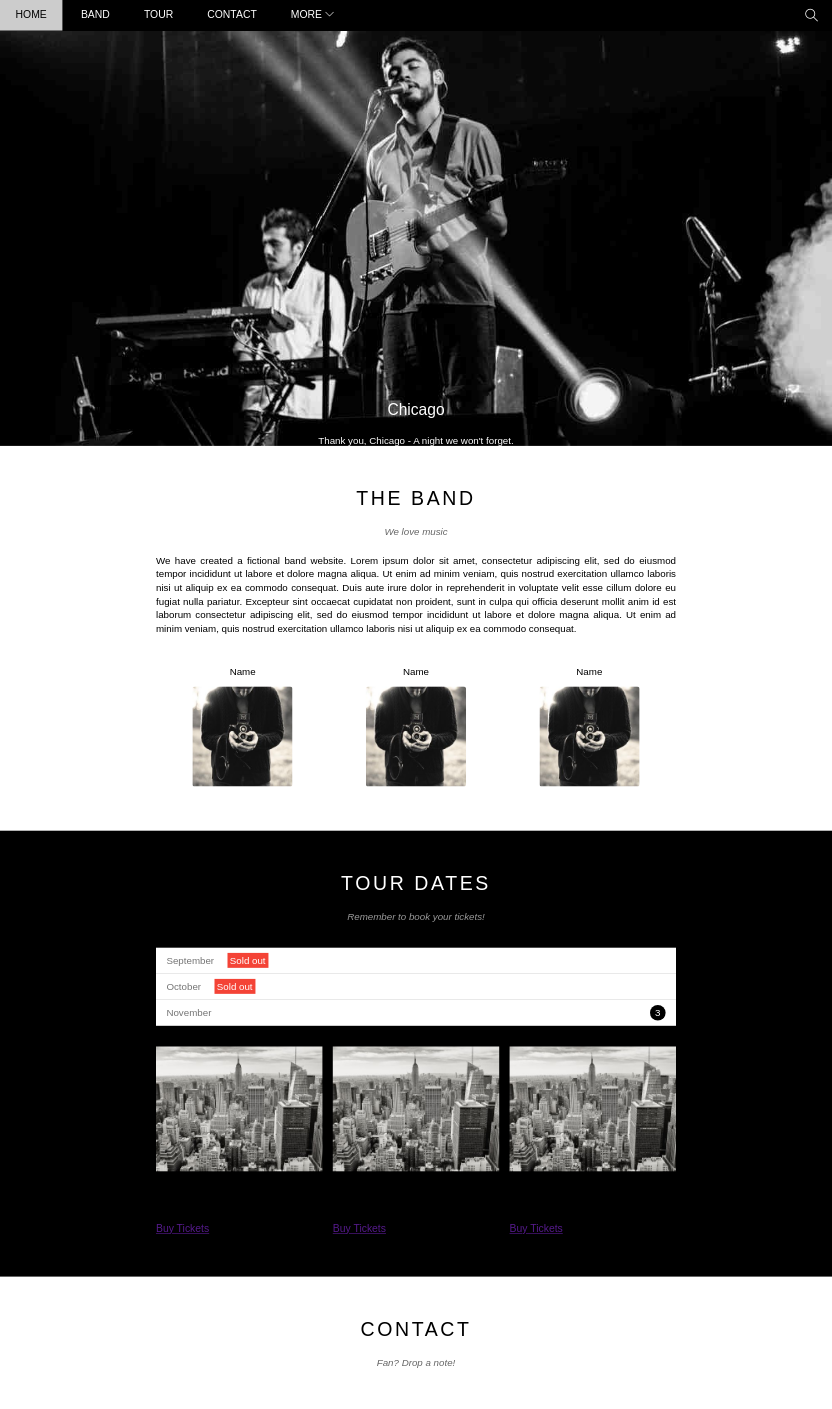
Repository: Thanhtrunghoang123/the-band
Page: index.html
An editor plug-in stored every save of this project. The page is shown before and after the next save, followed by the edit.
The browser window is 1280 px wide. The pictures show the whole page, at 65% of full size.

Above is the page before, as saved 2022-07-21 21:08:42.

### index.html
<!DOCTYPE html>
<html lang="en">
<head>
    <meta charset="UTF-8">
    <meta http-equiv="X-UA-Compatible" content="IE=edge">
    <meta name="viewport" content="width=device-width, initial-scale=1.0">
    <title>Document</title>
    <link rel="stylesheet" href="./assest/css/style.css">
    <link rel="stylesheet" href="./assest/fonts/themify-icons/themify-icons.css">



</head>
<body>
    <div id="main">
        <div id="header">
            <!-- Begin: Nav -->
            <ul id="nav">
                <li><a href="">Home</a></li>
                <li><a href="">Band</a></li>
                <li><a href="">Tour</a></li>
                <li><a href="">Contact</a></li>
                <li>
                    <a href="">
                        More
                        <i class=" nav-arrow-down ti-angle-down"></i>

                    </a>
                    <ul class="subnav">
                        <li><a href="">Merchandise</a></li>
                        <li><a href="">Extras</a></li>
                        <li><a href="">Media</a></li>
                    </ul>
                </li>
            </ul>
            <!-- End: Nav -->

            <!-- Begin: Search button -->
            <div class="search-btn">
                <i class=" search-icon ti-search"></i>
            </div>
            <!-- End: Search button -->



        </div>

        <div id="slider">
            <div class="text-content">
                <h2 class="text-heading">Chicago</h2>
                <div class="text-description">Thank you, Chicago - A night we won't forget.</div>

            </div>
        </div>

        <div id="content">
            <!-- About section -->
            <div class="content-section">
                <h2 class="section-heading">THE BAND</h2>
                <p class="section-sub-heading">We love music</p>
                <p class="about-text">We have created a fictional band website. Lorem ipsum dolor sit amet, consectetur adipiscing elit, sed do eiusmod tempor incididunt ut labore et dolore magna aliqua. Ut enim ad minim veniam, quis nostrud exercitation ullamco laboris nisi ut aliquip ex ea commodo consequat. Duis aute irure dolor in reprehenderit in voluptate velit esse cillum dolore eu fugiat nulla pariatur. Excepteur sint occaecat cupidatat non proident, sunt in culpa qui officia deserunt mollit anim id est laborum consectetur adipiscing elit, sed do eiusmod tempor incididunt ut labore et dolore magna aliqua. Ut enim ad minim veniam, quis nostrud exercitation ullamco laboris nisi ut aliquip ex ea commodo consequat.</p>
                <div class="members-list">
                    <div class="member-item">
                        <p class="member-name">Name</p>
                        <img src="./assest/img/band/member1.jpg" alt="Name" class="member-img">
                    </div>
                    <div class="member-item">
                        <p class="member-name">Name</p>
                        <img src="./assest/img/band/member1.jpg" alt="Name" class="member-img">
                    </div>
                    <div class="member-item">
                        <p class="member-name">Name</p>
                        <img src="./assest/img/band/member1.jpg" alt="Name" class="member-img">
                    </div>
                    <div class="clear"></div>
                </div>
            </div>
            <!-- Tour section -->
            <div class="tour-section">
                <div class="content-section">
                    <h2 class="section-heading text-white">TOUR DATES</h2>
                    <p class="section-sub-heading text-white">Remember to book your tickets!</p>

                    <!-- Tickets  -->
                    <ul class="tickets-list">
                        <li>September <span class="sold-out">Sold out</span></li>
                        <li>October <span class="sold-out">Sold out</span></li>
                        <li>November <span class="quantity">3</span></li>
                    </ul>
                    <!-- places -->
                    <div class="place-list">
                        <div class="place-item">
                            <img src="./assest/img/places/place1.jpg" alt="img" class="place-img">
                            <div class="place-body">
                                <h3 class="place-heading">New York</h3>
                                <p class="place-time">Fri 27 Nov 2016</p>
                                <p class="place-desc">Praesent tincidunt sed tellus ut rutrum sed vitae justo.</p>
                                <a href="" class="place-buy-btn">Buy Tickets</a>
                            </div>
                        </div>

                        <div class="place-item">
                            <img src="./assest/img/places/place1.jpg" alt="img" class="place-img">
                            <div class="place-body">
                                <h3 class="place-heading">Paris</h3>
                                <p class="place-time">Sat 28 Nov 2016</p>
                                <p class="place-desc">Praesent tincidunt sed tellus ut rutrum sed vitae justo.</p>
                                <a href="" class="place-buy-btn">Buy Tickets</a>
                            </div>
                        </div>

                        <div class="place-item">
                            <img src="./assest/img/places/place1.jpg" alt="img" class="place-img">
                            <div class="place-body">
                                <h3 class="place-heading">San Francisco</h3>
                                <p class="place-time">Sun 29 Nov 2016</p>
                                <p class="place-desc">Praesent tincidunt sed tellus ut rutrum sed vitae justo.</p>
                                <a href="" class="place-buy-btn">Buy Tickets</a>
                            </div>
                        </div>
                        <div class="clear"></div>
                    </div>
                </div>

            </div>
            <!-- Contact section -->
            <div class="content-section">
                <h2 class="section-heading">CONTACT</h2>
                <p class="section-sub-heading">Fan? Drop a note!</p>
            </div>
            <!-- Contact section -->

        </div>

        <div id="footer">

        </div>
    </div>
</body>
</html>

### assest/css/style.css
*{
    margin: 0;
    padding: 0;
    box-sizing: border-box;
}

html{
    font-family: Arial, Helvetica, sans-serif;
}
.text-white{
    color: #fff !important;
}
.clear{
    clear: both;
}
#main{

}

#header{
    height: 46.5px;
    background-color: #000;
    position: fixed;
    top: 0;
    left: 0;
    right: 0;
    z-index: 1;
}
#nav {
    display: inline-block;
}
#nav , .subnav{
    list-style: none;
}
#nav > li{
    display: inline-block;
}

#nav li{
    position: relative;
}

#nav > li > a {
    color: #fff;
    text-transform: uppercase;
}
#nav li a{
    text-decoration: none;
    line-height: 46.5px;
    padding: 0px 24px;
    display: block;
}

#nav li:hover .subnav{
    display: block;
}
#nav > li:hover > a,
#nav .subnav li:hover a{
    color: #000;
    background-color: #ccc;
}

#nav .subnav{
    display: none;
    position: absolute;
    top: 100%;
    background-color: #fff;
    box-shadow: 0 0 10px rgba(0 , 0 , 0 ,0.3);
}
#nav .subnav a{
    color: #000;
    min-width: 160px;
    padding:  0px 12px;
    line-height: 38.5px;
}
#nav .nav-arrow-down{
    font-size: 14px;
}
#header .search-btn{
    float:right;
    padding: 0 21px;
}
#header .search-btn:hover {
    background-color: #f44336;
    cursor: pointer;
}
#header .search-icon {
    color: #fff;
    font-size: 20px;
    line-height: 46px;
}
#slider{
    position: relative;
    margin-top: 46px;
    padding-top:50%;
    background: url(/assest/img/slider/chicago.jpg) top center /cover no-repeat;
}

#slider .text-content{
    position: absolute;
    bottom: 0;
    color: #fff;
    /* cách căn giữa 1 */
    /* left: 50%;
    transform: translateX(-50%); */
    /* Cách căn giữa 2 */
    width: 100%;
    text-align: center;
}

#slider .text-heading{
    font-weight: 500 ;
    font-size: 24px;
}

#slider .text-description{
    font-size: 15px;
    margin-top: 25px;
}

#content{

}

#content .content-section{
    width: 800px;
    margin-left: auto;
    margin-right: auto;
    padding: 64px 0;
}

#content .section-heading{
    font-size: 30px;
    font-weight: 500;
    text-align: center;
    letter-spacing:  4px;
}

#content .section-sub-heading{
    font-size: 15px;
    text-align: center;
    margin-top: 25px;
    font-style: italic;
    opacity: 0.6;

}

#content .about-text{
    font-size: 15px;
    margin-top: 25px;
    text-align: justify;
    line-height: 1.4;

}

#content .members-list{
    margin-top: 47px;
    /* display: flex; */
    overflow: hidden;
}

#content .member-item{
    float: left;
    /* /* margin: auto; */
    width: calc(100%/3);
    text-align: center;

}

#content .member-name{
    font-size: 15px;
}

#content .member-img{
    width: 154px;
    margin-top: 15px;
    border-radius: 4px;
}
/* Tour section  */
.tour-section{
    background-color: #000;
}

.tickets-list{
    background-color: #fff;
    margin-top: 40px;
}

.tickets-list li {
    color: #757575;
    font-size: 15px;
    padding: 11px 16px;
    border-bottom: 1px solid #ddd;
    list-style: none;
}

.tickets-list .sold-out{
    background-color: #f44336;
    color: #fff ;
    padding: 3px 4px;
    margin-left: 16px;
}

.tickets-list .quantity{
    float: right;
    width: 24px;
    height: 24px;
    background-color: #000;
    color: #fff;
    border-radius: 50%;
    text-align: center;
    line-height: 24px;
    margin-top: -3px;

}
/* Places */
.place-list{
   margin: 32px -8px 0;
}

.place-item{
    float: left;
    width: calc(100%/3);
    padding: 0 8px;
}
.place-img{
    width: 100%;
}

.place-img:hover{
    opacity: 0.6;
}

.place-body{

}

.place-heading{

}

.place-time{

}

.place-desc{

}

.place-buy-btn{

}

#footer{

}

Loaded but not shown: assest/fonts/themify-icons/themify-icons.css (common file)

After the next save:
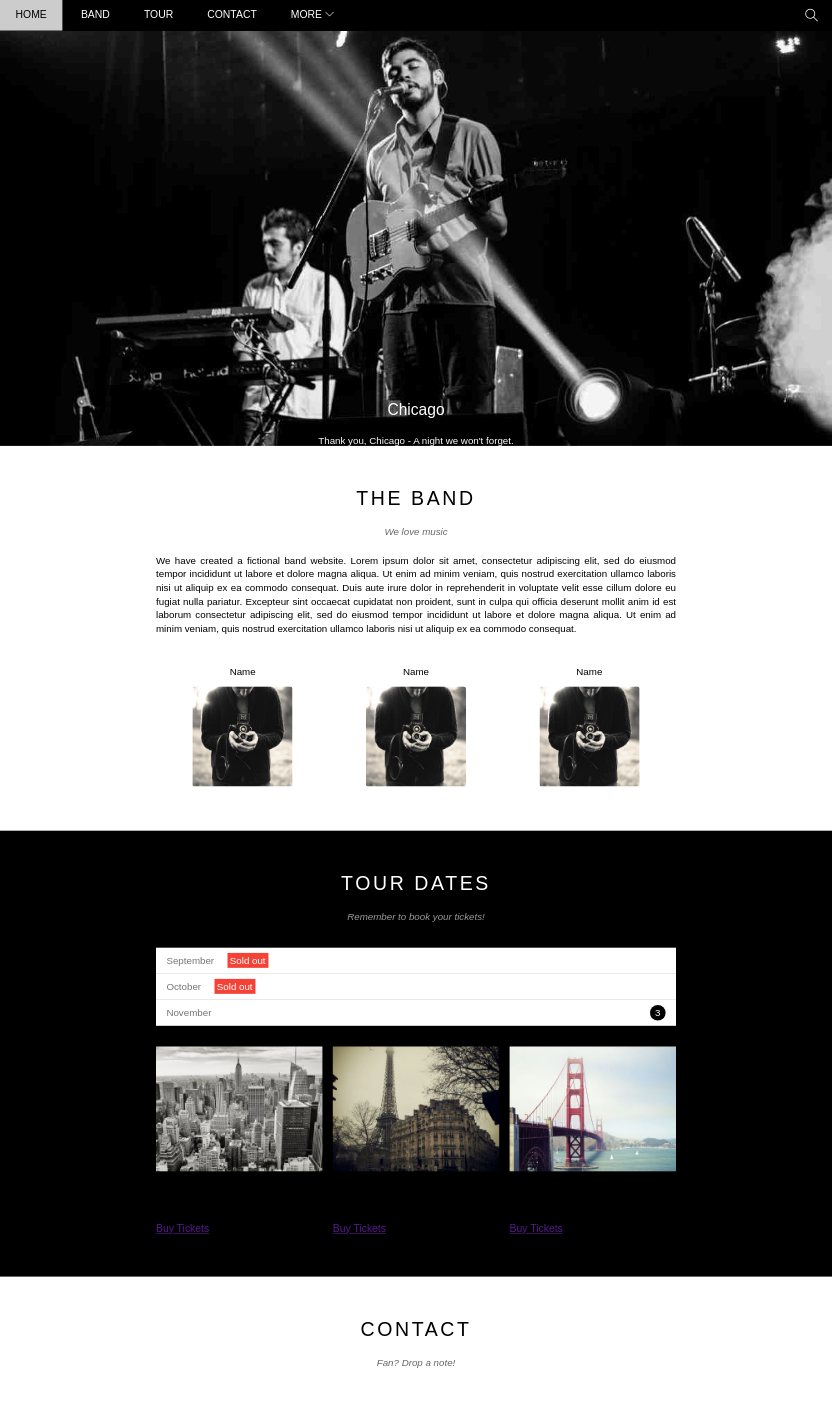
Saved 47 s later.
--- a/index.html
+++ b/index.html
@@ -100,7 +100,7 @@
                         </div>
 
                         <div class="place-item">
-                            <img src="./assest/img/places/place1.jpg" alt="img" class="place-img">
+                            <img src="./assest/img/places/place2.jpg" alt="img" class="place-img">
                             <div class="place-body">
                                 <h3 class="place-heading">Paris</h3>
                                 <p class="place-time">Sat 28 Nov 2016</p>
@@ -110,7 +110,7 @@
                         </div>
 
                         <div class="place-item">
-                            <img src="./assest/img/places/place1.jpg" alt="img" class="place-img">
+                            <img src="./assest/img/places/place3.jpg" alt="img" class="place-img">
                             <div class="place-body">
                                 <h3 class="place-heading">San Francisco</h3>
                                 <p class="place-time">Sun 29 Nov 2016</p>
